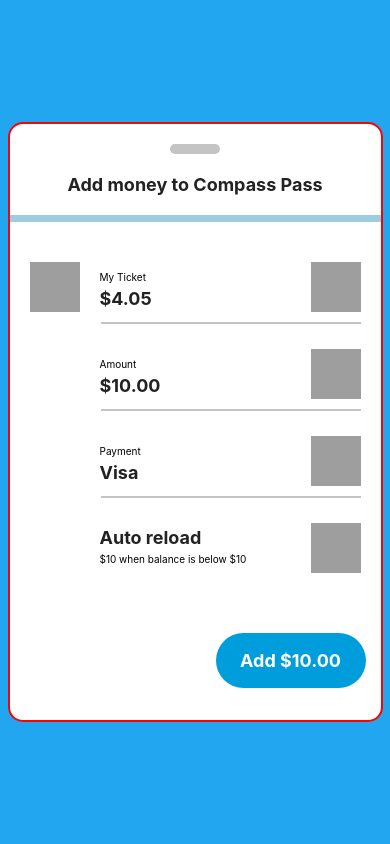
Repository: wilyyy/CompassPlus
Page: /
The author's editor kept a copy of each file at every save. The page is drawn from the files as they stood at one save, then again after the next save.
The browser window is 390 px wide. The pictures show the whole page.
Pictures or frames that could not be fetched are drawn as grey boxes. The app was drawn by React Native's web renderer in a window 390 px wide. The project was rebuilt for these pictures with package versions that can differ from the ones it lists, and the page was loaded fresh each time. Also part of the build but not shown: constants/styles.js, comps/CompassCardParent/cardManager.js, comps/LinkCompassCard/index.js, comps/RideCardCont/index.js, storybook/stories/CenterView/style.js, comps/SignUpTransitCard/index.js.

Above is the page before, as saved 2021-10-30 19:59:05.

After the next save:
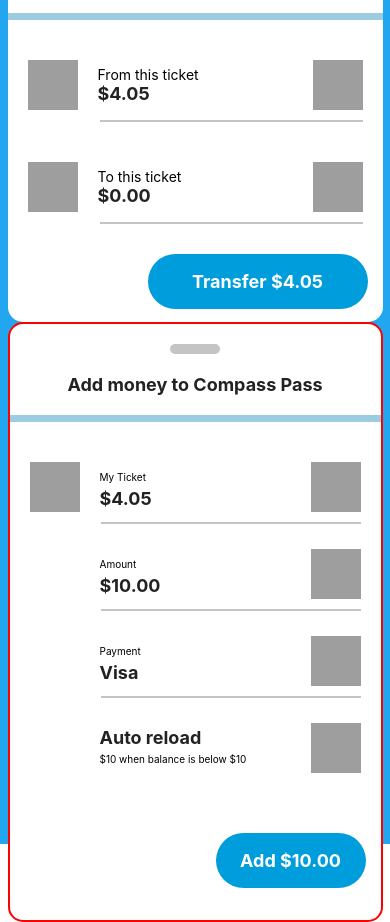
Saved 10 s later.
--- a/App.js
+++ b/App.js
@@ -23,7 +23,7 @@
       <SignUpTransitCard /> */}
 
       {/* <MobileCard /> */}
-      {/* <TransferBalanceTab /> */}
+      <TransferBalanceTab />
       <AddFundsTab />
       <StatusBar style="auto" />
     </View>
